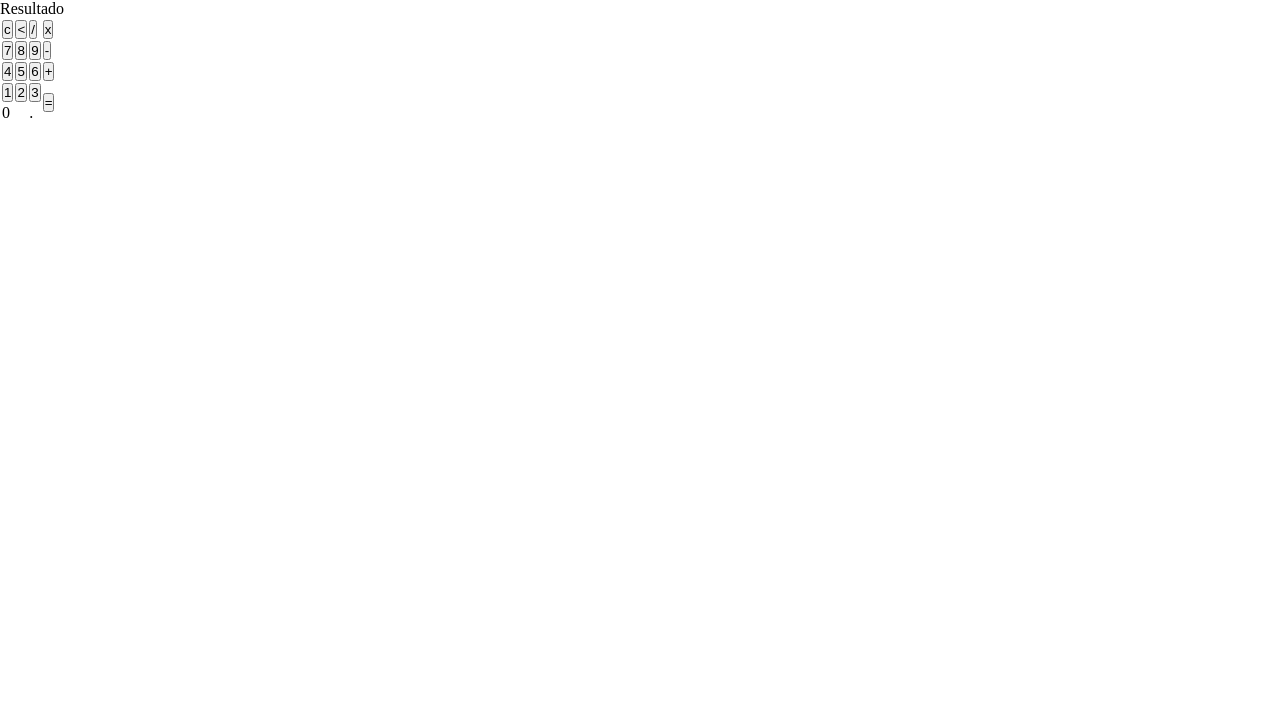
Repository: mariele-huff/calculadora
Page: index.html
The author's editor kept a copy of each file at every save. The page is drawn from the files as they stood at one save, then again after the next save.
The browser window is 1280 px wide. The pictures show the whole page.

Above is the page before, as saved 2022-08-12 08:20:02.

After the next save:
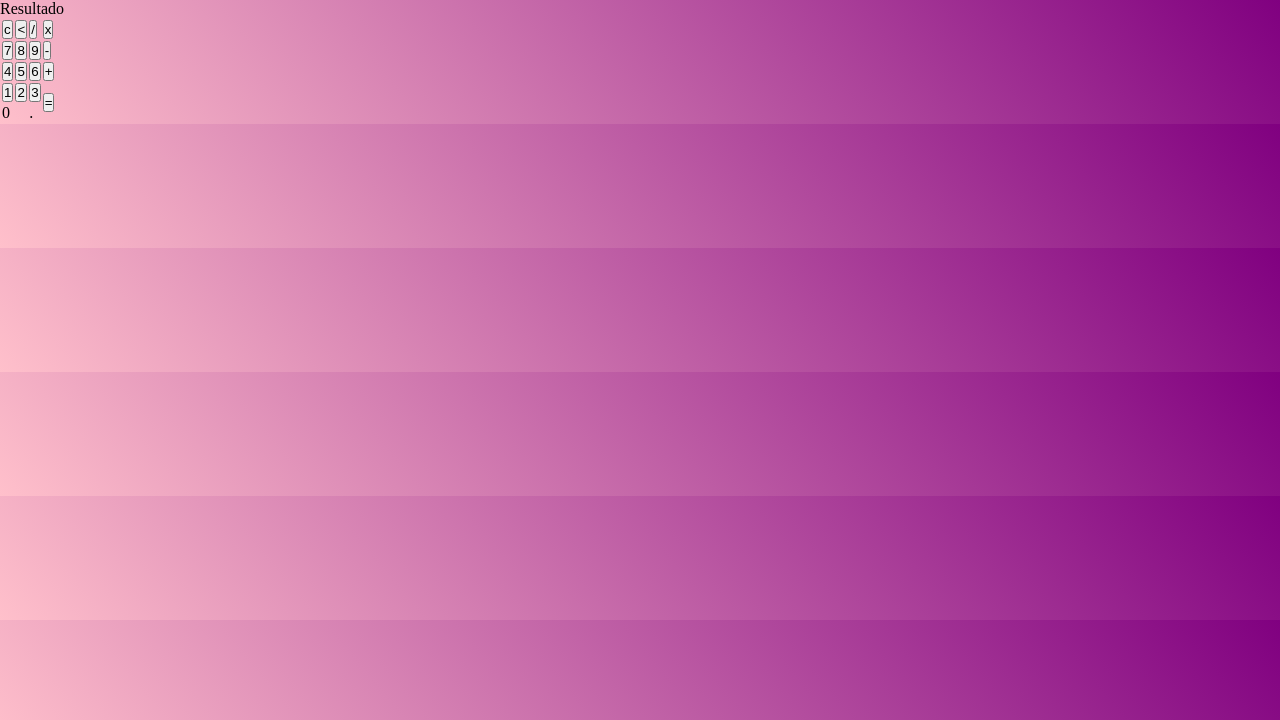
Saved 9 s later.
--- a/style.css
+++ b/style.css
@@ -3,6 +3,6 @@
     padding: 0;
 }
 
-body{[
+body{
     background-image: linear-gradient(50deg , pink, purple)
-]}
+}
